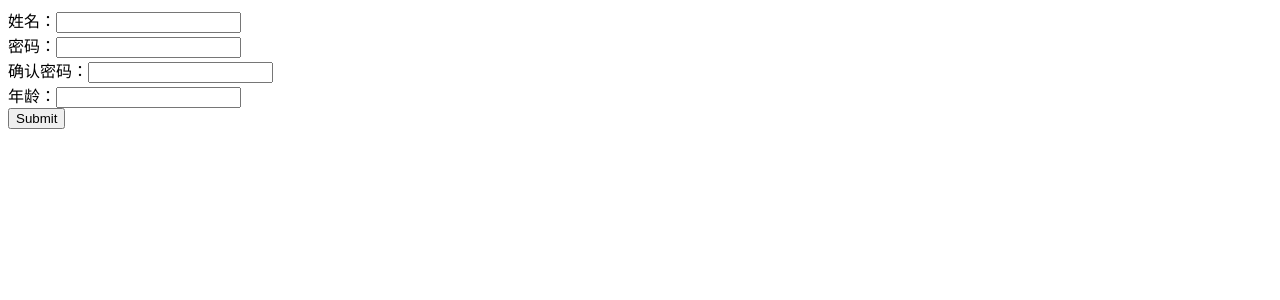
Repository: honglei92/javaweb_EE
Page: StrutsValidate/WebContent/index.html
These files come from the project's save history. The page is drawn as it stood at one moment and after the next save; the edit follows.
The browser window is 1280 px wide. The pictures show the whole page.

Above is the page before, as saved 2014-07-20 16:05:34.

### StrutsValidate/WebContent/index.html
<!DOCTYPE html PUBLIC "-//W3C//DTD HTML 4.01 Transitional//EN" "http://www.w3.org/TR/html4/loose.dtd">
<html>
<head>
<meta http-equiv="Content-Type" content="text/html; charset=UTF-8">
<title>注册页面</title>
</head>
<body>
<form action="regist" method="post">
姓名：<input name="username" type="text"><br>
密码：<input name="username" type="password"><br>
确认密码：<input name="username" type="password"><br>
年龄：<input name="username" type="text"><br>
<input type="submit" name="提交">
</form>
</body>
</html>

After the next save:
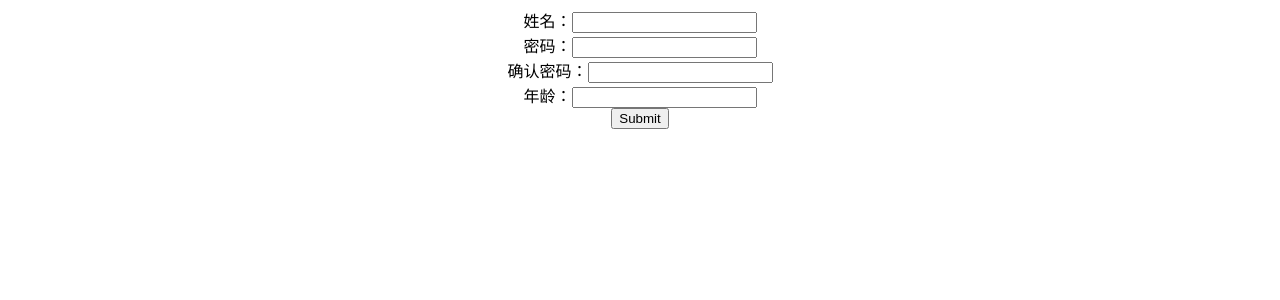
Saved 89 s later.
--- a/StrutsValidate/WebContent/index.html
+++ b/StrutsValidate/WebContent/index.html
@@ -5,7 +5,7 @@
 <title>注册页面</title>
 </head>
 <body>
-<form action="regist" method="post">
+<form action="regist" method="post" align="center">
 姓名：<input name="username" type="text"><br>
 密码：<input name="username" type="password"><br>
 确认密码：<input name="username" type="password"><br>

After the save that followed:
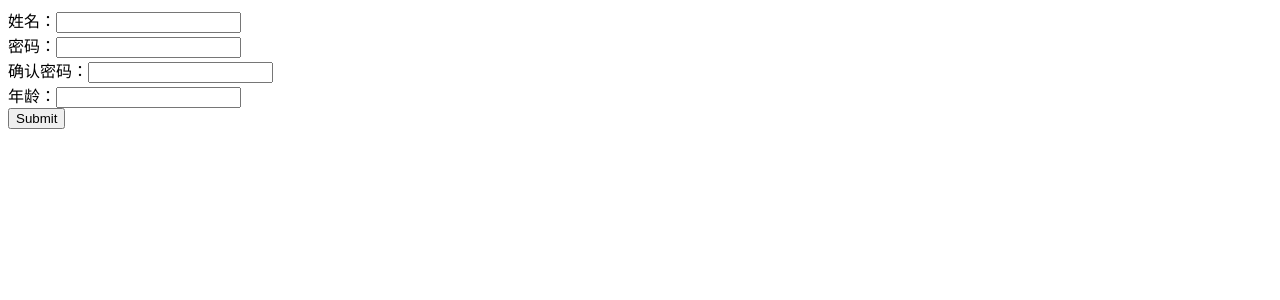
Saved 13 s later.
--- a/StrutsValidate/WebContent/index.html
+++ b/StrutsValidate/WebContent/index.html
@@ -5,7 +5,7 @@
 <title>注册页面</title>
 </head>
 <body>
-<form action="regist" method="post" align="center">
+<form action="regist" method="post">
 姓名：<input name="username" type="text"><br>
 密码：<input name="username" type="password"><br>
 确认密码：<input name="username" type="password"><br>
